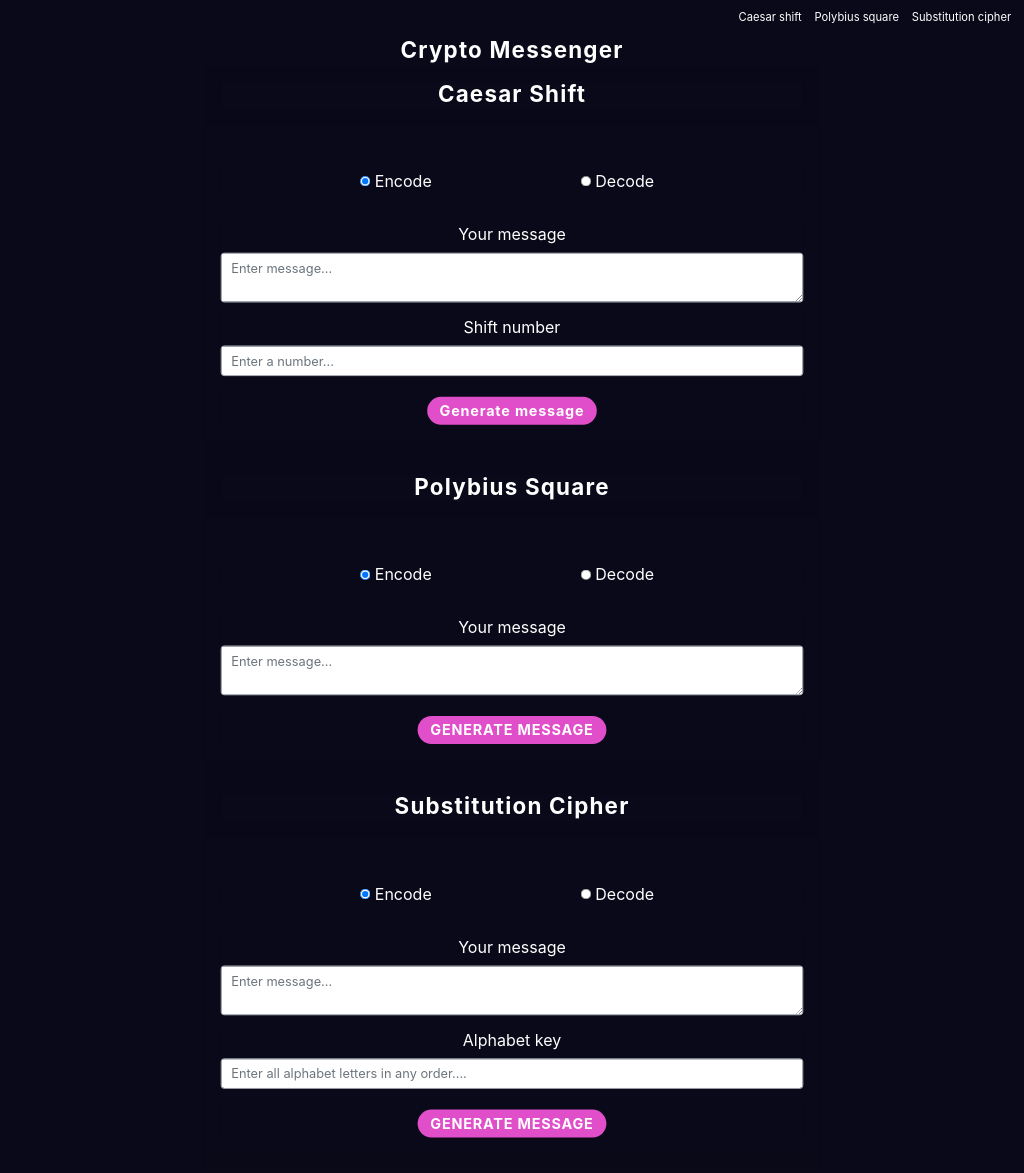
Repository: Rthompson2548/Project-Decoder-Ring
Page: index.html
These files come from the project's save history. The page is drawn as it stood at one moment and after the next save; the edit follows.
The browser window is 1280 px wide. The pictures show the whole page, at 80% of full size.

Above is the page before, as saved 2022-04-09 20:21:43.

After the next save:
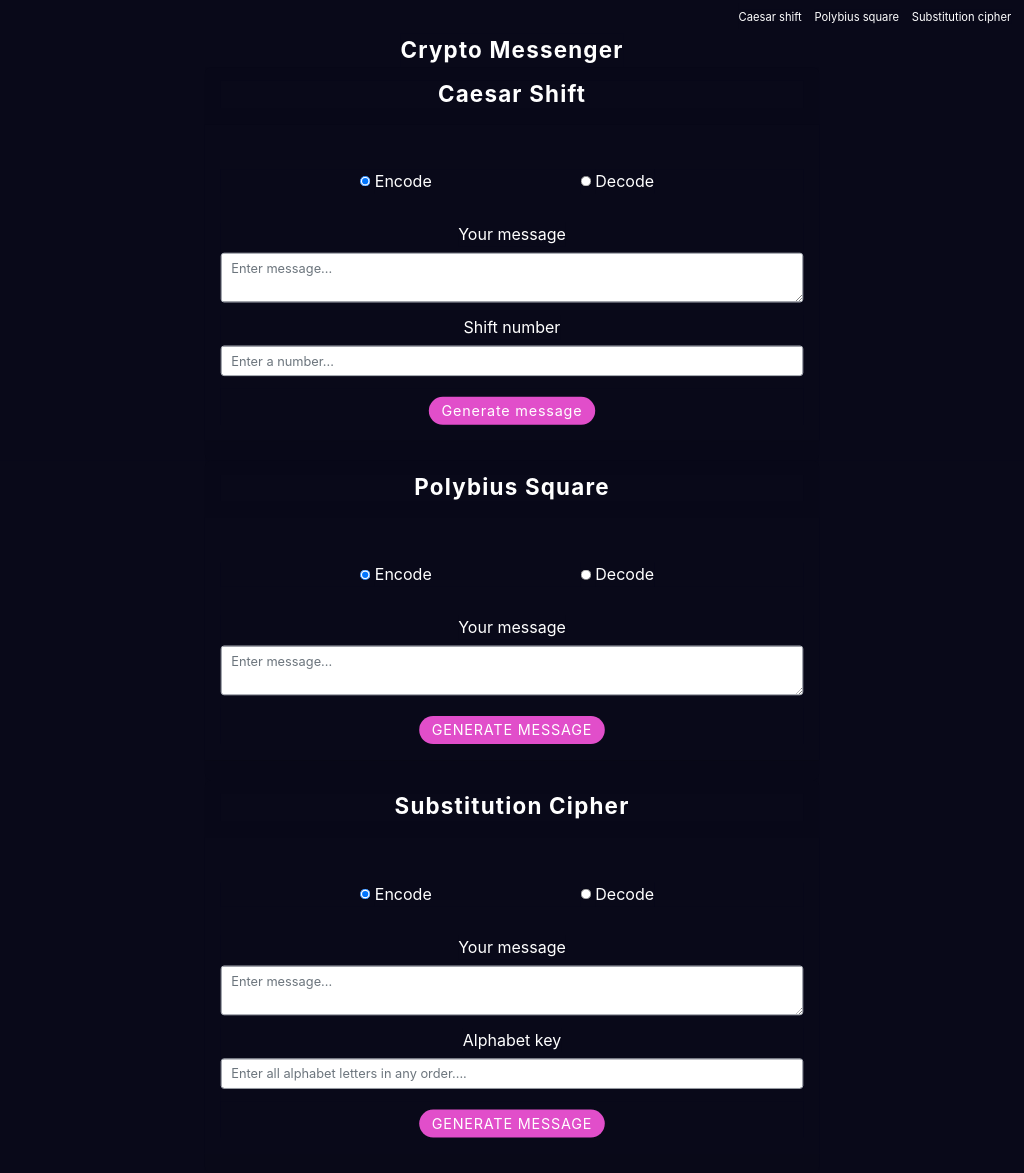
Saved 5 s later.
--- a/index.css
+++ b/index.css
@@ -97,7 +97,7 @@
   margin-top: 10px;
   font-size: 18px;
   letter-spacing: 1px;
-  font-weight: bold;
+  /* font-weight: bold; */
 }
 
 @media (min-width: 1000px) {
